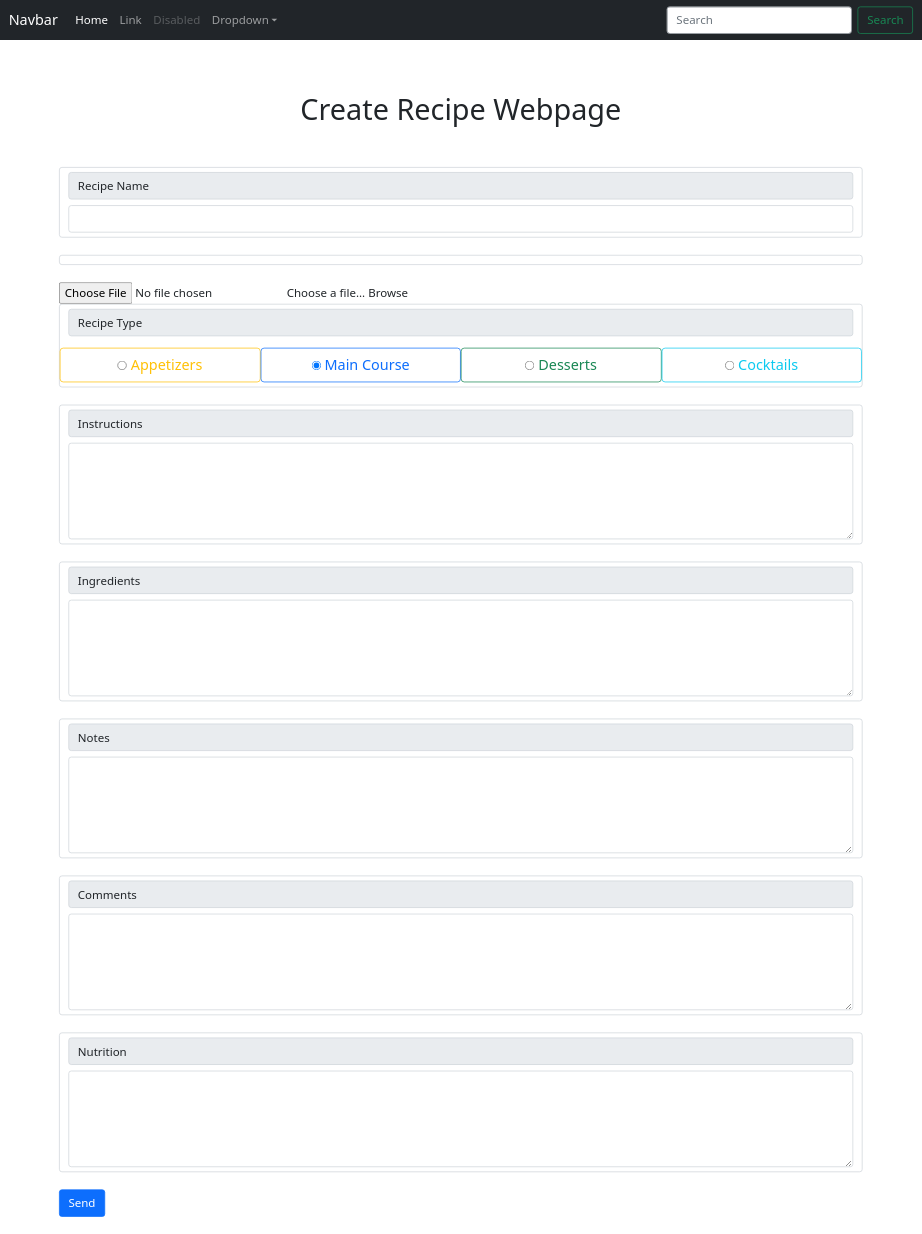
Repository: jerrywthompson/createRecipeWebpageHTML
Page: index.html
An editor plug-in stored every save of this project. The page is shown before and after the next save, followed by the edit.
The browser window is 1280 px wide. The pictures show the whole page, at 72% of full size.

Above is the page before, as saved 2021-02-25 15:38:49.

### index.html
<!doctype html>
<html lang="en">
    <head>
        <meta charset="utf-8">
        <meta name="viewport" content="width=device-width, initial-scale=1">
        <meta name="description" content="">
        <meta name="author" content="Mark Otto, Jacob Thornton, and Bootstrap contributors">
        <meta name="generator" content="Hugo 0.80.0">
        <title>Create Recipe Webpage</title>

        <link rel="stylesheet" href="css/main.css"/>
        <!-- Bootstrap core CSS -->
        <link rel="stylesheet" href="css/bootstrap5/css/bootstrap.min.css" >
        <!-- <link rel="stylesheet" href="css/bootstrap-4.5.3/css/bootstrap.min.css"> -->

        <style>
            .bd-placeholder-img {
                font-size: 1.125rem;
                text-anchor: middle;
                -webkit-user-select: none;
                -moz-user-select: none;
                user-select: none;
            }

            @media (min-width: 768px) {
                .bd-placeholder-img-lg {
                    font-size: 3.5rem;
                }
            }
        </style>

    </head>
    <body>

        <nav class="navbar navbar-expand-md navbar-dark bg-dark fixed-top">
            <div class="container-fluid">
                <a class="navbar-brand" href="#">Navbar</a>
                <button class="navbar-toggler" type="button" data-bs-toggle="collapse" data-bs-target="#navbarsExampleDefault" aria-controls="navbarsExampleDefault" aria-expanded="false" aria-label="Toggle navigation">
                    <span class="navbar-toggler-icon"></span>
                </button>

                <div class="collapse navbar-collapse" id="navbarsExampleDefault">
                    <ul class="navbar-nav me-auto mb-2 mb-md-0">
                        <li class="nav-item">
                            <a class="nav-link active" aria-current="page" href="#">Home</a>
                        </li>
                        <li class="nav-item">
                            <a class="nav-link" href="#">Link</a>
                        </li>
                        <li class="nav-item">
                            <a class="nav-link disabled" href="#" tabindex="-1" aria-disabled="true">Disabled</a>
                        </li>
                        <li class="nav-item dropdown">
                            <a class="nav-link dropdown-toggle" href="#" id="dropdown01" data-bs-toggle="dropdown" aria-expanded="false">Dropdown</a>
                            <ul class="dropdown-menu" aria-labelledby="dropdown01">
                                <li><a class="dropdown-item" href="#">Action</a></li>
                                <li><a class="dropdown-item" href="#">Another action</a></li>
                                <li><a class="dropdown-item" href="#">Something else here</a></li>
                            </ul>
                        </li>
                    </ul>
                    <form class="d-flex">
                        <input class="form-control me-2" type="search" placeholder="Search" aria-label="Search">
                        <button class="btn btn-outline-success" type="submit">Search</button>
                    </form>
                </div>
            </div>
        </nav>
        <div class="starter-template text-center py-5 px-3">
            <h1>Create Recipe Webpage</h1>
        </div>
        <main class="container">
            <div class="input-section">
                <fieldset class="form-group">

                    <form action="main.php" method="post">
                        <div class="form-control mb-4">
                            <div class="input-group-prepend mb-2">
                                <span class="input-group-text" id="inputGroup-sizing-default">Recipe Name</span>
                            </div>
                            <input type="text" name="recipeName" class="form-control" aria-label="Default" aria-describedby="inputGroup-sizing-default">
                        </div>

                        <div class="form-control mb-4"></div>
                        <div class="form-file">
                            <input type="file" class="form-file-input" id="customFile">
                            <label class="form-file-label" for="customFile">
                              <span class="form-file-text">Choose a file...</span>
                              <span class="form-file-button">Browse</span>
                            </label>
                        </div>
                    </div>

                        <div class="form-control mb-4">
                            <div class="input-group-prepend mb-3">
                                <span class="input-group-text" id="inputGroup-sizing-default">Recipe Type</span>
                            </div>
                            <div class="btn-toolbar row ml-2">
                                <label class="btn btn-outline-warning btn-lg col-lg-3">
                                    <input type="radio" name="recipeType" id="appetizers" value="appetizers" autocomplete="off" > Appetizers
                                </label>
                                <label class="btn btn-outline-primary btn-lg col-lg-3">
                                    <input type="radio" name="recipeType" id="main_course" value="main_course" autocomplete="off" checked> Main Course
                                </label>
                                <label class="btn btn-outline-success btn-lg col-lg-3">
                                    <input type="radio" name="recipeType" id="desserts" value="desserts" autocomplete="off"> Desserts
                                </label>
                                <label class="btn btn-outline-info btn-lg col-lg-3">
                                    <input type="radio" name="recipeType" id="cocktails" value="cocktails" autocomplete="off"> Cocktails
                                </label>
                            </div>
                        </div>
                        <div class="form-control mb-4">
                            <div class="input-group-prepend mb-2">
                                <span class="input-group-text">Instructions</span>
                            </div>
                            <textarea class="form-control" name="instructions" id="instructions" rows="5"></textarea>
                        </div>
                        <div class="form-control mb-4">
                            <div class="input-group-prepend mb-2">
                                <span class="input-group-text">Ingredients</span>
                            </div>
                            <textarea class="form-control" name="ingredients" id="ingredients" rows="5"></textarea>
                        </div>

                        <div class="form-control mb-4">
                            <div class="input-group-prepend mb-2">
                                <span class="input-group-text">Notes</span>
                            </div>
                            <textarea class="form-control" name="notes" id="notes" rows="5"></textarea>
                        </div>

                        <div class="form-control mb-4">
                            <div class="input-group-prepend mb-2">
                                <span class="input-group-text">Comments</span>
                            </div>
                            <textarea class="form-control" name="comments" id="comments" rows="5"></textarea>
                        </div>

                        <div class="form-control mb-4">
                            <div class="input-group-prepend mb-2">
                                <span class="input-group-text">Nutrition</span>
                            </div>
                            <textarea class="form-control" name="nutrition" id="nutrition" rows="5"></textarea>
                        </div>


                        <!-- Submit button -->
                        <button type="submit" class="btn btn-primary btn-block mb-4">Send</button>
                    </form>

                </fieldset>

                </body>
                </html>

Loaded but not shown: css/main.css (common file); css/bootstrap5/css/bootstrap.min.css (library)

After the next save:
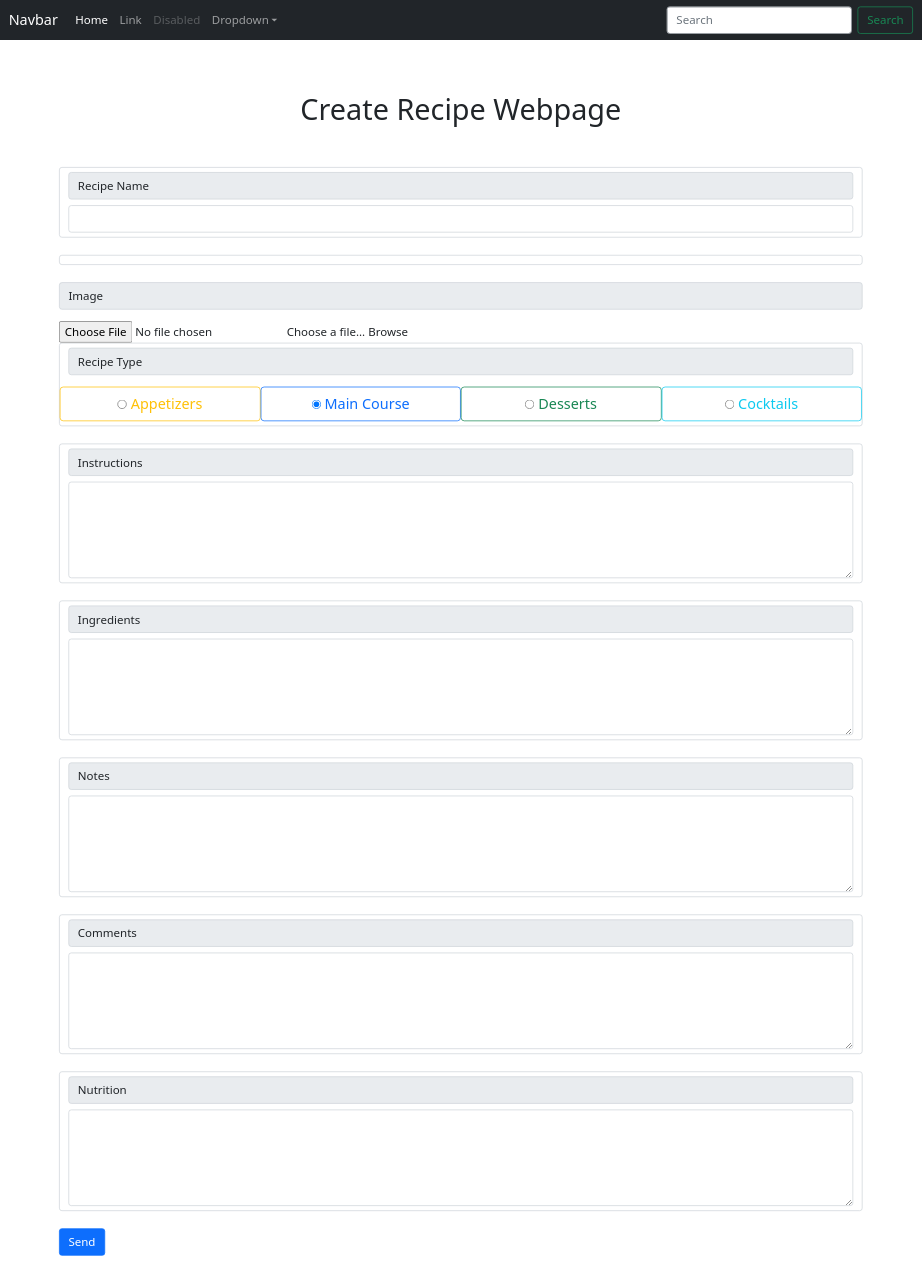
Saved 62 s later.
--- a/index.html
+++ b/index.html
@@ -83,6 +83,9 @@
 
                         <div class="form-control mb-4"></div>
                         <div class="form-file">
+                            <div class="input-group-prepend mb-3">
+                                <span class="input-group-text" id="inputGroup-sizing-default">Image</span>
+                            </div>
                             <input type="file" class="form-file-input" id="customFile">
                             <label class="form-file-label" for="customFile">
                               <span class="form-file-text">Choose a file...</span>
